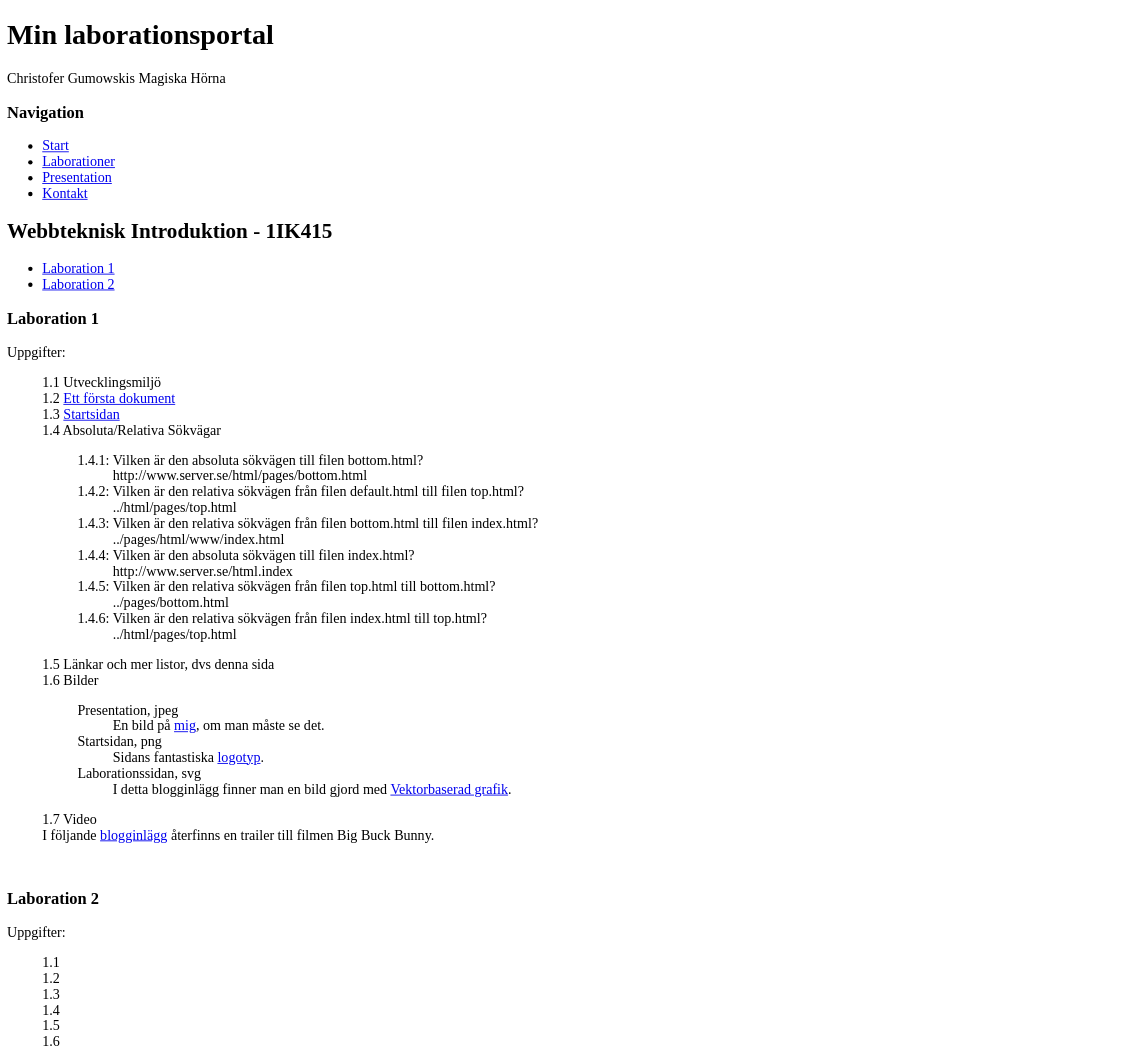
Repository: cg222im/1IK415_cg222im
Page: pages/laborationer.html
The author's editor kept a record of every edit. The page is drawn from the files as they stood at one moment, then again after the next edit.
The browser window is 1280 px wide. The pictures show the whole page, at 88% of full size.

Above is the page before.

### pages/laborationer.html
<!doctype html>
<html>
    <head>
        <meta charset="UTF-8" />
        <title>laborationer</title>
    </head>

    <body>

    <h1>Min laborationsportal</h1>

    <p>Christofer Gumowskis Magiska Hörna</p>

        <h3>Navigation</h3>
        <ul>
            <li><a href="../index.html">Start</a></li>
            <li><a href="laborationer.html">Laborationer</a></li>
            <li><a href="presentation.html">Presentation</a></li>
            <li><a href="kontakt.html">Kontakt</a></li>
        </ul>

    <h2>Webbteknisk Introduktion - 1IK415</h2>

        <ul>
            <li><a href="#Laboration 1">Laboration 1</a></li>
            <li><a href="#Laboration 2">Laboration 2</a></li>
        </ul>

    <a name="Laboration 1"></a>
    <h3>Laboration 1</h3>
    <p>Uppgifter:</p>
        <ol>
            1.1 Utvecklingsmiljö<br>
            1.2 <a href="README.md">Ett första dokument</a><br>
            1.3 <a href="index.html">Startsidan</a><br>
            1.4 Absoluta/Relativa Sökvägar
                <ol><dl>
                    <dt>1.4.1: Vilken är den absoluta sökvägen till filen bottom.html?</dt>
                        <dd>http://www.server.se/html/pages/bottom.html</dd>
                    <dt>1.4.2: Vilken är den relativa sökvägen från filen default.html till filen top.html?</dt>
                        <dd>../html/pages/top.html</dd>
                    <dt>1.4.3: Vilken är den relativa sökvägen från filen bottom.html till filen index.html?</dt>
                        <dd>../pages/html/www/index.html</dd>
                    <dt>1.4.4: Vilken är den absoluta sökvägen till filen index.html?</dt>
                        <dd>http://www.server.se/html.index</dd>
                    <dt>1.4.5: Vilken är den relativa sökvägen från filen top.html till bottom.html?</dt>
                        <dd>../pages/bottom.html</dd>
                    <dt>1.4.6: Vilken är den relativa sökvägen från filen index.html till top.html?</dt>
                        <dd>../html/pages/top.html</dd>
                </ol></dl>
            1.5 Länkar och mer listor, dvs denna sida<br>
            1.6 Bilder
                <ol><dl>
                    <dt>Presentation, jpeg</dt>
                        <dd>En bild på <a href="presentation.html#portrait">mig</a>, om man måste se det.</dd>
                    <dt>Startsidan, png</dt>
                        <dd>Sidans fantastiska <a href="../pics/logo.png">logotyp</a>.</dd>
                    <dt>Laborationssidan, svg</dt>
                        <dd>I detta blogginlägg finner man en bild gjord med <a href="../index.html#svgBlogg">Vektorbaserad grafik</a>.</dd>
                </ol></dl>
            1.7 Video<br>
                I följande <a href="../index.html#trailer">blogginlägg</a> återfinns en trailer till filmen Big Buck Bunny.
                </ol></dl><br>
        </ol>

    <a name="Laboration 2"></a>
    <h3>Laboration 2</h3>
    <p>Uppgifter:</p>
        <ol>
            1.1<br>
            1.2<br>
            1.3<br>
            1.4<br>
            1.5<br>
            1.6<br>
        </ol>



    </body>

</html>

After the next edit:
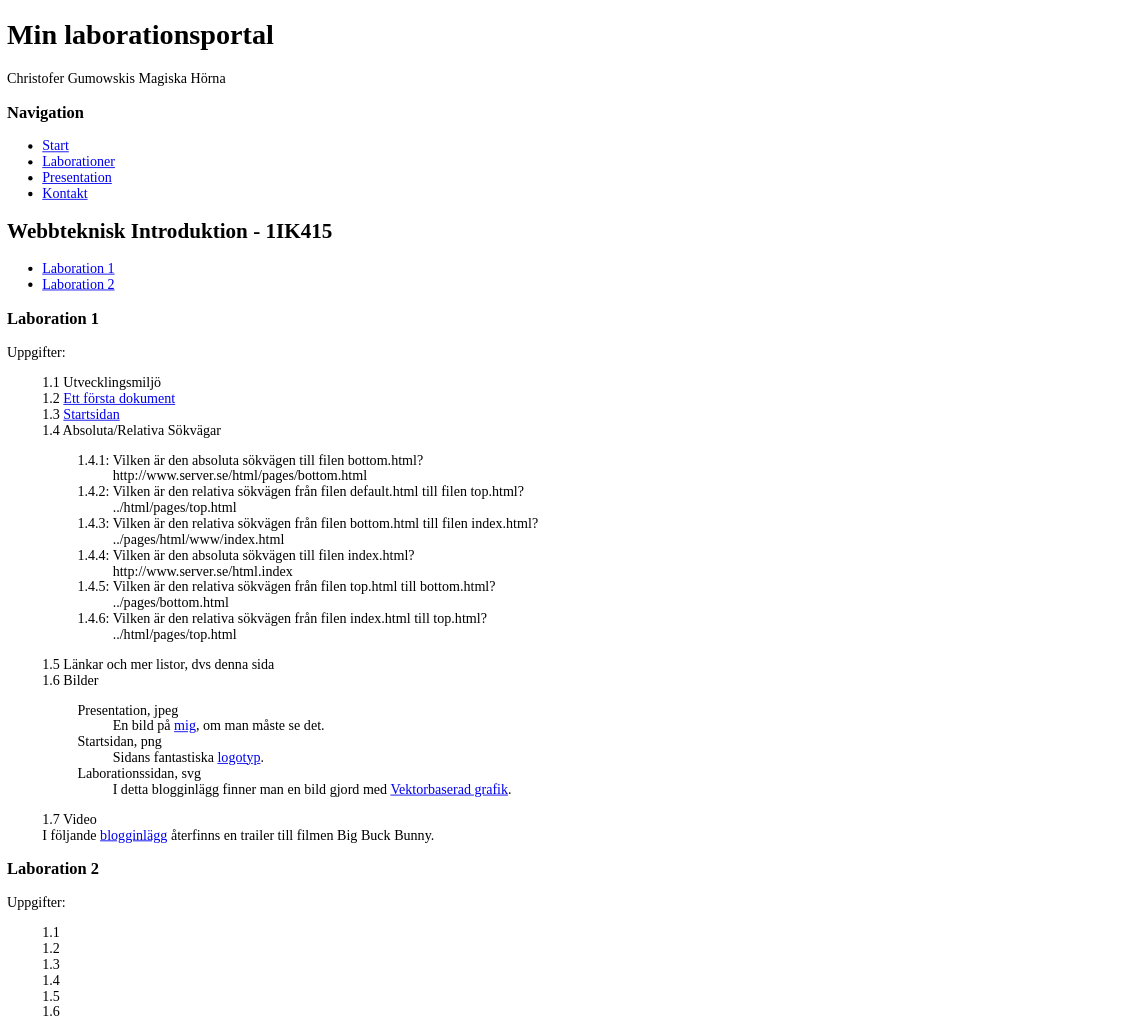
The edit:
--- a/pages/laborationer.html
+++ b/pages/laborationer.html
@@ -60,7 +60,7 @@
                 </ol></dl>
             1.7 Video<br>
                 I följande <a href="../index.html#trailer">blogginlägg</a> återfinns en trailer till filmen Big Buck Bunny.
-                </ol></dl><br>
+                <br>
         </ol>
 
     <a name="Laboration 2"></a>
